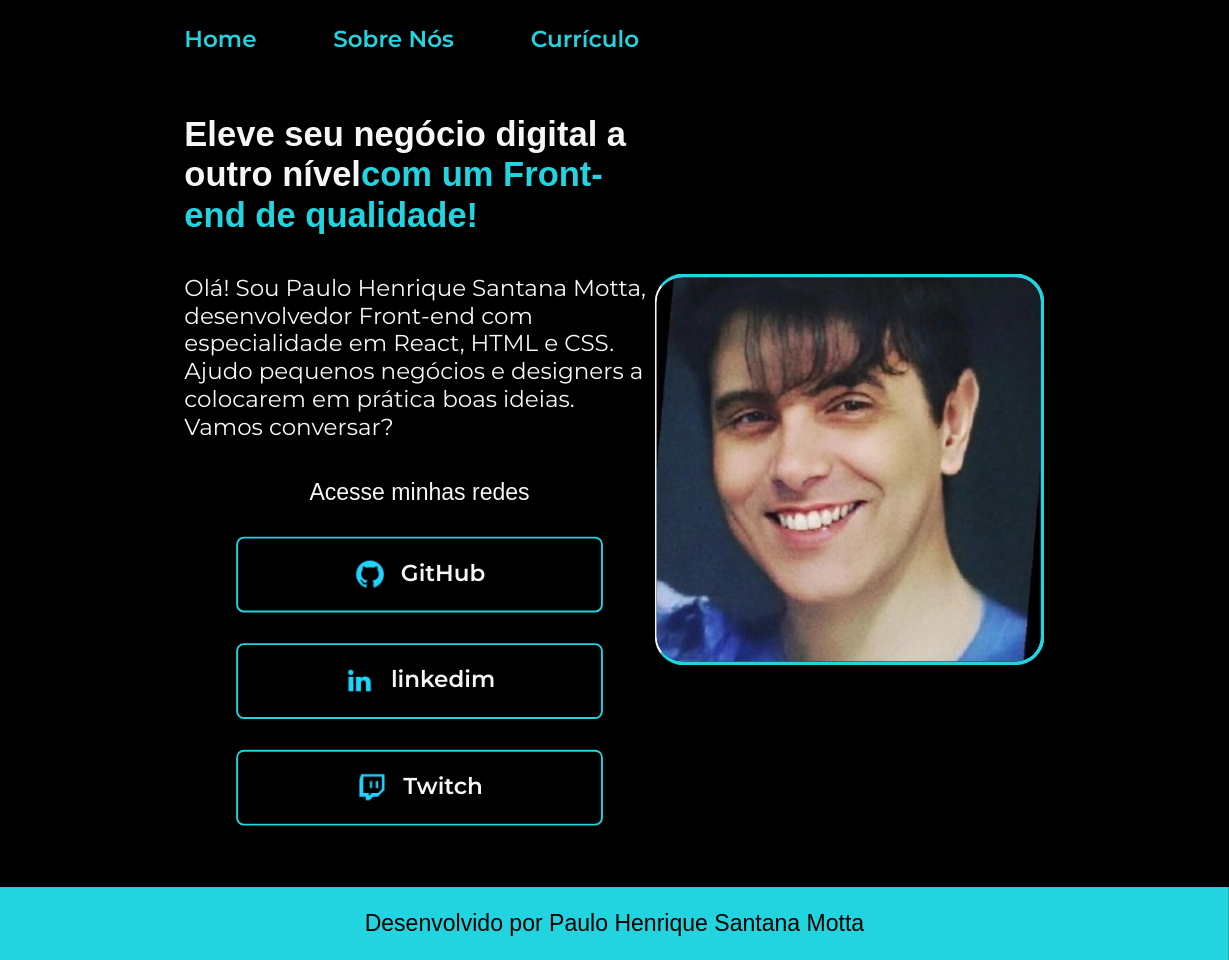
Repository: phsmottanerd/projeto-portfolio-alura
Page: index.html
The author's editor kept a copy of each file at every save. The page is drawn from the files as they stood at one save, then again after the next save.
The browser window is 1280 px wide. The pictures show the whole page, at 96% of full size.
Some web fonts or font styles are not loaded; a fallback is used.

Above is the page before, as saved 2025-01-28 01:32:24.

### index.html
<!DOCTYPE html>
<html lang="pt-br">
  <head>
    <meta charset="UTF-8" />
    <meta http-equiv="X-UA-Compatible" content="IE=edge" />
    <meta name="viewport" content="width=device-width, initial-scale=1.0" />
    <title>Portifolio</title>
    <link rel="stylesheet" href="./estilos/style.css" />
  </head>

  <body>
    <header class="cabecalho">
      <nav class="cabecalho__menu">
        <a class="cabecalho__menu__link" href="index.html">Home</a>
        <a class="cabecalho__menu__link" href="about.html">Sobre Nós</a>
        <a class="cabecalho__menu__link">Currículo</a>
      </nav>
    </header>
    <main class="apresentacao">
      <section class="apresentacao__conteudo">
        <h1 class="apresentacao__conteudo__titulo">
          Eleve seu negócio digital a outro nível<strong class="titulo-destaque"
            >com um Front-end de qualidade!
          </strong>
        </h1>
        <p class="apresentacao__conteudo__texto">
          Olá! Sou Paulo Henrique Santana Motta, desenvolvedor Front-end com especialidade em
          React, HTML e CSS. Ajudo pequenos negócios e designers a colocarem em
          prática boas ideias. Vamos conversar?
        </p>
        <div class="apresentacao__links">
          <h2 class="apresentacao__links__subtitulo">Acesse minhas redes</h2>
          <a
            class="apresentacao__links__link"
            href="https://github.com/phsmottanerd"
          >
            <img src="./img/github.png" />
            GitHub
          </a>
          <a
            class="apresentacao__links__link"
            href="https://linkedim.com/phsmottanerd"
          >
            <img src="./img/linkedin.png" />
            linkedim
          </a>
          <a class="apresentacao__links__link" href="https://.com/phsmottanerd">
            <img src="./img/twitch.png" />
            Twitch
          </a>
        </div>
      </section>
      <img class="img-foto" src="./img/1722867171561.jpg" alt="Paulo Henrique Santana Motta  programandor" />
    </main>
    <footer class="rodape">
      <p>Desenvolvido por Paulo Henrique Santana Motta</p>
    </footer>
  </body>
</html>

### estilos/style.css
@import url("https://fonts.googleapis.com/css2?family=Krona+One&family=Montserrat:wght@400;600&display=swap");

:root {
  --cor-primaria: #000000;
  --cor-secundaria: #f6f6f6;
  --cor-terciaria: #22d4df;
  --cor-hover: #272727;
}

* {
  margin: 0;
  padding: 0;
}

body {
  box-sizing: border-box;
  background-color: var(--cor-primaria);
  color: var(--cor-secundaria);
}
.cabecalho {
  padding: 2% 0% 0% 15%;
}
.cabecalho__menu {
  display: flex;
  gap: 80px;
}

.cabecalho__menu__link {
  font-family: "Montserrat", sans-serif;
  font-size: 24px;
  font-weight: 600;
  color: var(--cor-terciaria);
  text-decoration: none;
}

.titulo-destaque {
  color: var(--cor-terciaria);
}

.apresentacao {
  padding: 5% 15%;
  display: flex;
  align-items: center;
  justify-content: space-between;
}
.apresentacao__conteudo {
  width: 615px;
  display: flex;
  flex-direction: column;
  gap: 40px;
}

.apresentacao__conteudo__titulo {
  font-size: 36px;
  font-family: "Krona One", sans-serif;
}

.apresentacao__conteudo__texto {
  font-size: 24px;
  font-family: "Montserrat", sans-serif;
}

.apresentacao__links {
  display: flex;
  flex-direction: column;
  justify-content: space-between;
  align-items: center;
  gap: 32px;
}
.apresentacao__links__subtitulo {
  font-family: "Krona One", sans-serif;
  font-weight: 400;
  font-size: 24px;
}
.apresentacao__links__link {
  /* background-color: #22D4FD; */
  justify-content: center;
  gap: 16px;
  display: flex;
  border: 2px solid var(--cor-terciaria);
  width: 378px;
  text-align: center;
  border-radius: 8px;
  font-size: 24px;
  font-weight: 600;
  padding: 21.5px 0;
  text-decoration: none;
  color: #f6f6f6;
  font-family: "Montserrat", sans-serif;
}
.apresentacao__links__link:hover {
  background-color: var(--cor-hover);
}
.rodape {
  padding: 24px;
  color: #000;
  background-color: var(--cor-terciaria);
  text-align: center;
  font-family: "Montsearrat", sans-serif;
  font-size: 24px;
  font-weight: 400;
}
.img-foto {
  border-radius: 30px;
  border: 4px solid #22d4Df;
  border-left: 2px solid;
  width: 500px;
  heighit: 500px;
}

After the next save:
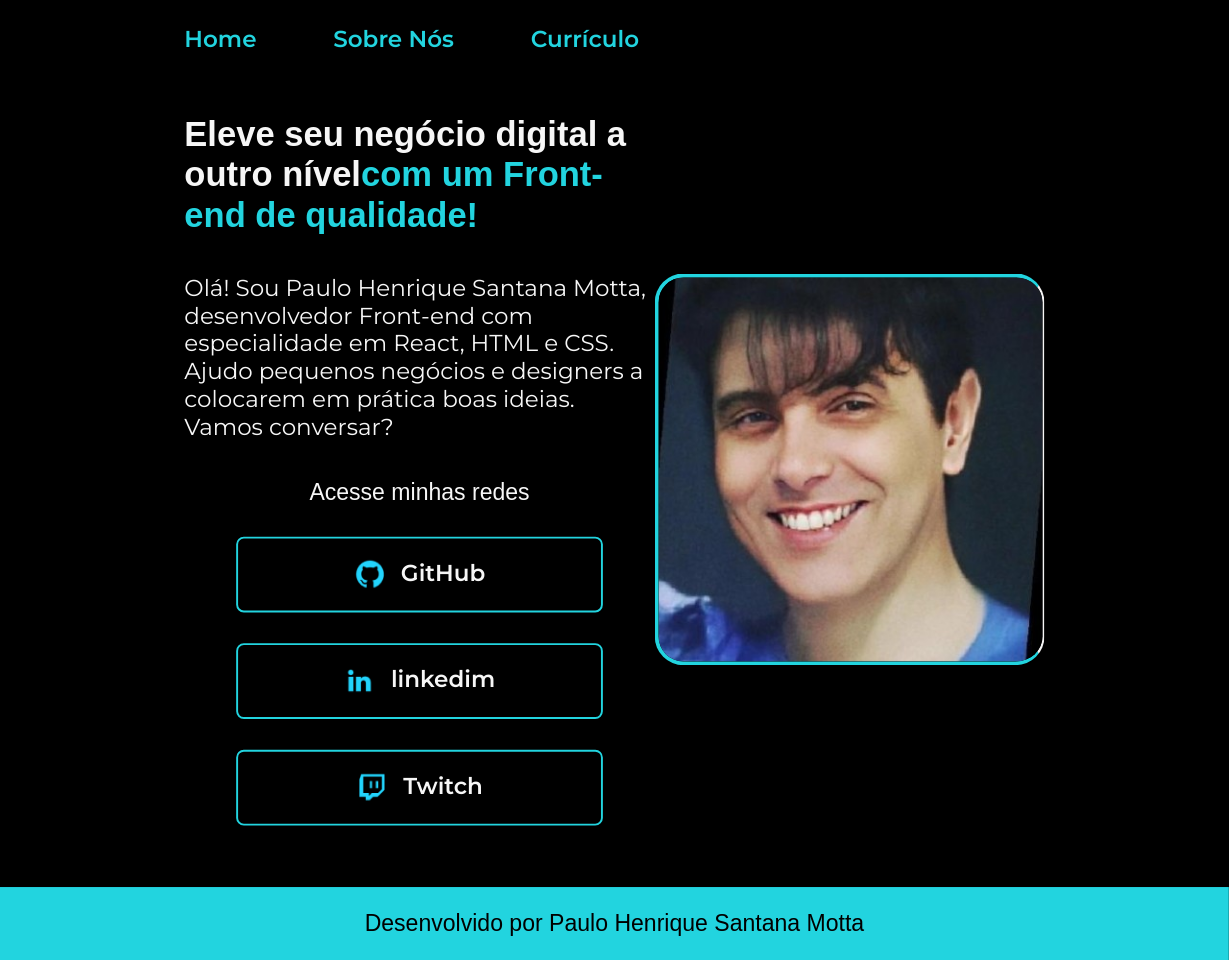
Saved 24 s later.
--- a/estilos/style.css
+++ b/estilos/style.css
@@ -103,7 +103,7 @@ body {
 .img-foto {
   border-radius: 30px;
   border: 4px solid #22d4Df;
-  border-left: 2px solid;
+  border-right: 2px solid;
   width: 500px;
   heighit: 500px;
 }
